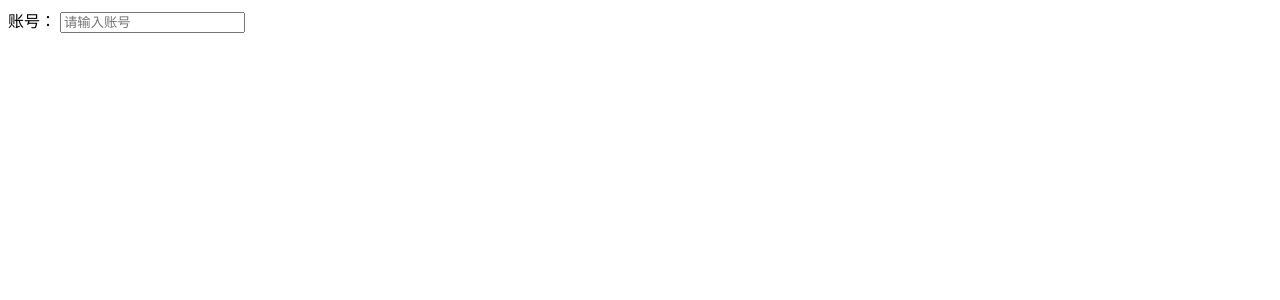
Repository: wweewweehouzi/Eonkey
Page: 2020.04.01/index.html
An editor plug-in stored every save of this project. The page is shown before and after the next save, followed by the edit.
The browser window is 1280 px wide. The pictures show the whole page.

Above is the page before, as saved 2020-04-01 17:35:04.

After the next save:
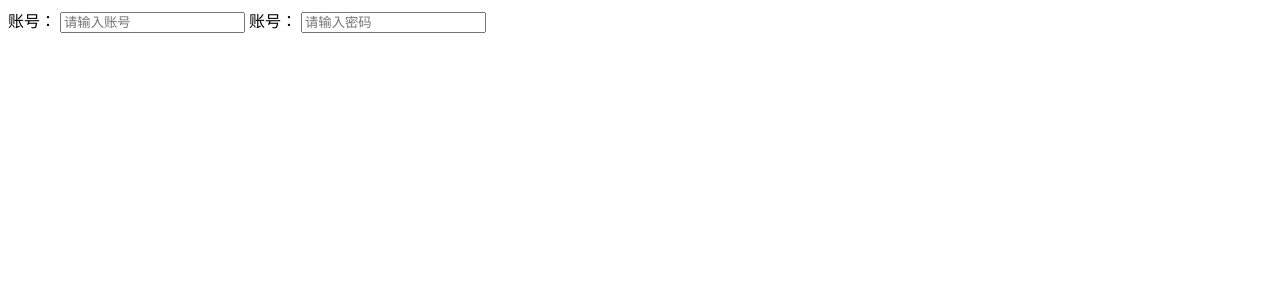
Saved 46 s later.
--- a/2020.04.01/index.html
+++ b/2020.04.01/index.html
@@ -16,6 +16,11 @@
                 账号：
                 <input type="text" placeholder="请输入账号" name="username">
             </label>
+            <label for="pwd">
+                账号：
+                <input type="text" placeholder="请输入密码" name="pwd">
+            </label>
+
         </form>
 
     </div>
